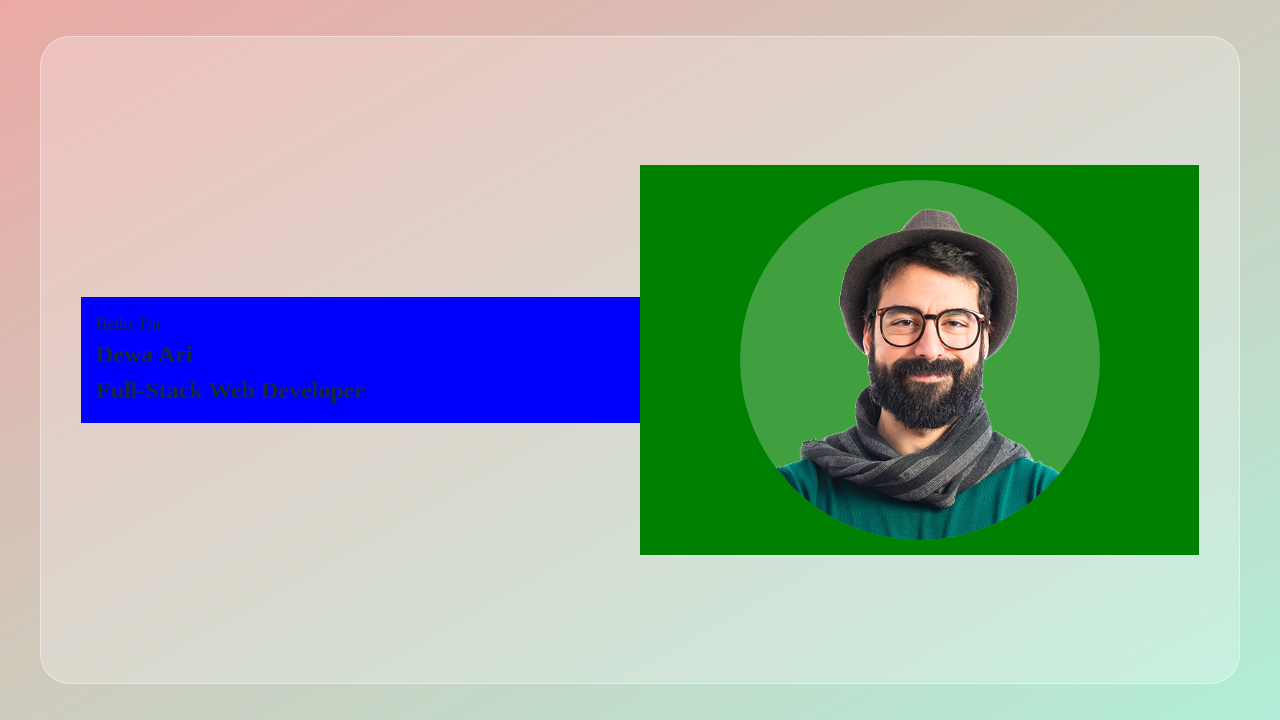
Repository: dewaary/Glassmorp-me
Page: index.html
The author's editor kept a copy of each file at every save. The page is drawn from the files as they stood at one save, then again after the next save.
The browser window is 1280 px wide. The pictures show the whole page.

Above is the page before, as saved 2021-05-12 22:16:20.

### index.html
<!DOCTYPE html>
<html lang="en">
<head>
    <meta charset="UTF-8">
    <meta http-equiv="X-UA-Compatible" content="IE=edge">
    <meta name="viewport" content="width=device-width, initial-scale=1.0">
    <link rel="stylesheet" href="style.css">
    <title>Document</title>
</head>
<body>


    <div class="main">

        <section class="home-section align-items-center">
            <div class="container">
                <div class="row align-items-center">
                    <div class="home-text">
                        <p>Hello, I'm</p>
                        <h1>Dewa Ari</h1>
                        <h2>Full-Stack Web Developer</h2>
                    </div>
                    <div class="home-img">
                        <div class="img-box">
                            <img src="img/profile-img.png" alt="profile-img">
                        </div>
                    </div>
                </div>
            </div>
        </section>

    </div>

</body>
</html>

### style.css

:root{
    --main-color: #e02f6b;
    --blue: #0000ff;
    --blue-dark: #18293c;
    --orange: #ffa500;
    --green-yellow: #cddc39;
    --pink-light: #efa2b4;
    --cyan-light: #aef1ee;
    --white: #ffffff;
    --white-alpha-40: rgba(255, 255, 255, 0.40);
    --white-alpha-25: rgba(255, 255, 255, 0.25);
    --backdrop-filter-blur: blur(5px);

}

*{
    box-sizing: border-box;
    padding: 0;
    margin: 0;
    outline: none;
}

::before,
::after{
    box-sizing: border-box;
}

body {
    min-height: 100vh;
    background-image: linear-gradient(to bottom right, var(--pink-light), var(--cyan-light));
    font-size: 16px;
    color: var(--blue-dark);
    line-height: 1.5;
    overflow-x: hidden;
    -webkit-tap-highlight-color: transparent;
    padding: 5vh 15px;
}

body::before{
    content: '';
    position: fixed;
    left: 0;
    top: 0;
    height: 100%;
    width: 100%;
    background-color: var(--green-yellow);
    z-index: -1;
    opacity: 0.12;
}

img{
   max-width: 100%;
   vertical-align: middle;
}

section {
    background-color: var(--white-alpha-25);
    border: 1px solid var(--white-alpha-40);
    min-height: 90vh;
    border-radius: 30px;
}

.main{
    max-width: 1200px;
    margin: auto;
}

.row{
    display: flex;
    flex-wrap: wrap;
}

.container {
    padding: 0 40px;
    width: 100%;
}

.align-items-center{
    align-items: center;
}

/*
Home Section */

.home-section{
    display: flex;
    padding: 120px 0;
}

.home-text{
    background-color: blue;
}

.home-img{
    background-color: green;
}

.home-text, .home-img{
    width: 50%;
    padding: 15px;
}

.home-img .img-box{
    max-width: 360px;
    background-color: var(--white-alpha-25);
    border-radius: 50%;
    background-color: var(--white-alpha-25);
    margin: auto;
}

.home-img .img-box img{
    width: 100%;
    border-radius: 50%;
}

After the next save:
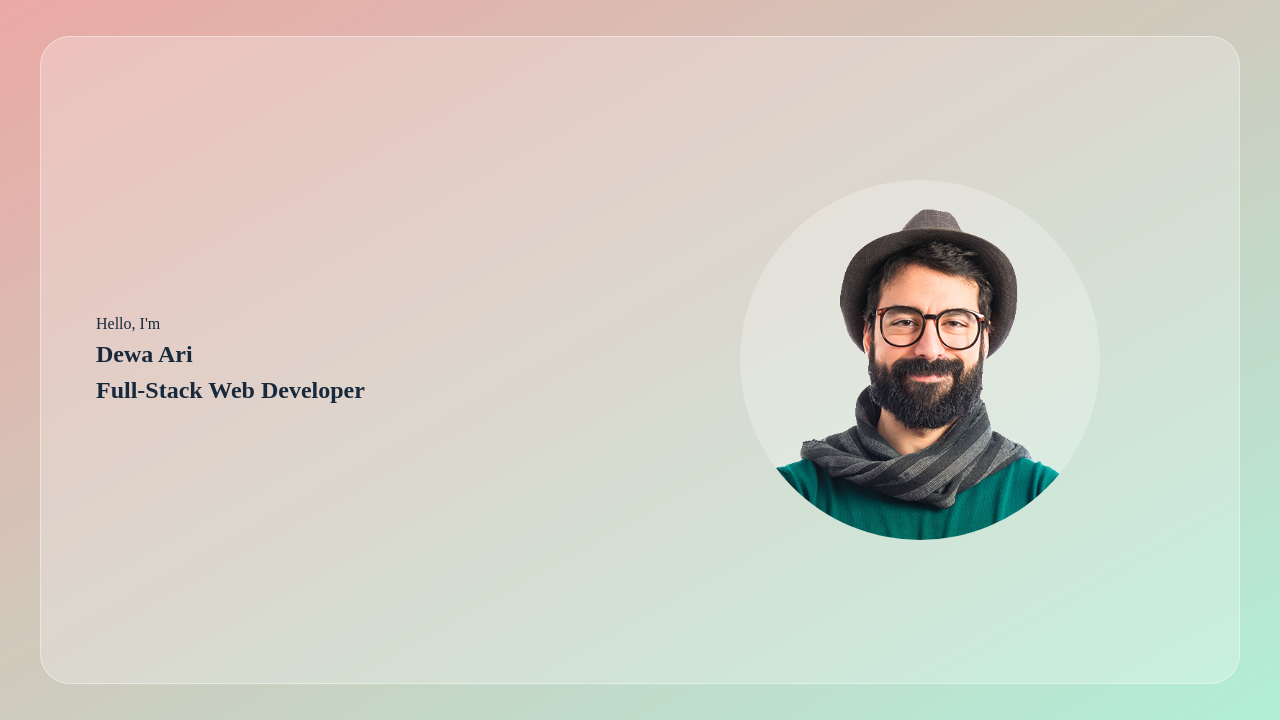
Saved 15 s later.
--- a/style.css
+++ b/style.css
@@ -88,13 +88,6 @@ Home Section */
     padding: 120px 0;
 }
 
-.home-text{
-    background-color: blue;
-}
-
-.home-img{
-    background-color: green;
-}
 
 .home-text, .home-img{
     width: 50%;
